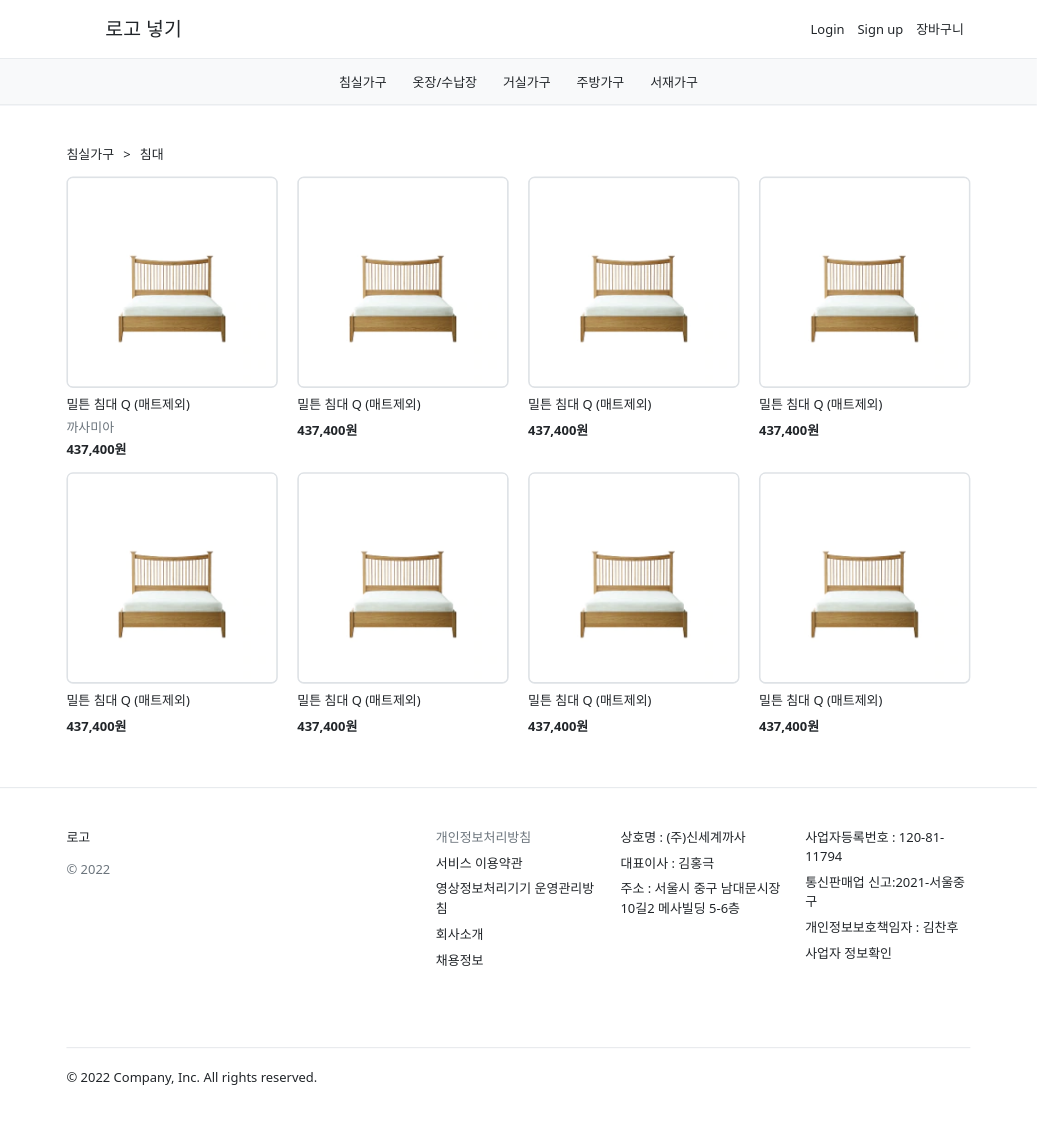
Repository: raoniee/Elice-House-Project
Page: FE/views/pages/item-list/item-list-page.html
The author's editor kept a copy of each file at every save. The page is drawn from the files as they stood at one save, then again after the next save.
The browser window is 1280 px wide. The pictures show the whole page, at 81% of full size.

Above is the page before, as saved 2023-07-06 16:44:47.

### FE/views/pages/item-list/item-list-page.html
<!DOCTYPE html>
<html lang="ko">
  <head>
    <meta charset="UTF-8" />
    <meta http-equiv="X-UA-Compatible" content="IE=edge" />
    <meta name="viewport" content="width=device-width, initial-scale=1.0" />
    <title>Elice-House/item-list</title>
    <link
      href="https://cdn.jsdelivr.net/npm/bootstrap@5.2.3/dist/css/bootstrap.min.css"
      rel="stylesheet"
      integrity="sha384-rbsA2VBKQhggwzxH7pPCaAqO46MgnOM80zW1RWuH61DGLwZJEdK2Kadq2F9CUG65"
      crossorigin="anonymous"
    />
    <!-- item-list.module.js -->
    <script src="./item-list-page.js" type="module" defer></script>
    <style>
      /* * {
        outline: 1px solid #363;
      } */
    </style>
  </head>
  <body>
    <header class="header">
      <!-- header template로 삽입 -->
    </header>

    <main>
      <div class="container my-5">
        <div
          class="menu_bar d-flex justify-content-between"
          style="width: 120px"
        >
          <!-- menu_bar template로 삽입 -->
        </div>

        <div class="item_list">
          <div class="row row-cols-4">
            <div class="col">
              <div
                class="item_list_card d-flex flex-column"
                style="cursor: pointer"
              >
                <img
                  class="item_list_img mb-2 border border-2 rounded-3"
                  src="../../../public/assets/imgs/item-list-card.webp"
                  alt="가구"
                />
                <span class="item_list_name mb-1">밀튼 침대 Q (매트제외)</span>
                <p class="item_list_brand mb-1 text-muted">까사미아</p>
                <p class="item_list_price mb-3 fw-bold">437,400원</p>
              </div>
            </div>
            <div class="col">
              <div class="item_list_card d-flex flex-column">
                <img
                  class="mb-2 border border-2 rounded-3"
                  src="../../../public/assets/imgs/item-list-card.webp"
                  alt=""
                />
                <span class="item_list_name mb-2">밀튼 침대 Q (매트제외)</span>
                <p class="item_list_price mb-3 fw-bold">437,400원</p>
              </div>
            </div>
            <div class="col">
              <div class="item_list_card d-flex flex-column">
                <img
                  class="mb-2 border border-2 rounded-3"
                  src="../../../public/assets/imgs/item-list-card.webp"
                  alt=""
                />
                <span class="item_list_name mb-2">밀튼 침대 Q (매트제외)</span>
                <p class="item_list_price mb-3 fw-bold">437,400원</p>
              </div>
            </div>
            <div class="col">
              <div class="item_list_card d-flex flex-column">
                <img
                  class="mb-2 border border-2 rounded-3"
                  src="../../../public/assets/imgs/item-list-card.webp"
                  alt=""
                />
                <span class="item_list_name mb-2">밀튼 침대 Q (매트제외)</span>
                <p class="item_list_price mb-3 fw-bold">437,400원</p>
              </div>
            </div>
          </div>
          <div class="row row-cols-4">
            <div class="col">
              <div class="item_list_card d-flex flex-column">
                <img
                  class="mb-2 border border-2 rounded-3"
                  src="../../../public/assets/imgs/item-list-card.webp"
                  alt=""
                />
                <span class="item_list_name mb-2">밀튼 침대 Q (매트제외)</span>
                <p class="item_list_price mb-3 fw-bold">437,400원</p>
              </div>
            </div>
            <div class="col">
              <div class="item_list_card d-flex flex-column">
                <img
                  class="mb-2 border border-2 rounded-3"
                  src="../../../public/assets/imgs/item-list-card.webp"
                  alt=""
                />
                <span class="item_list_name mb-2">밀튼 침대 Q (매트제외)</span>
                <p class="item_list_price mb-3 fw-bold">437,400원</p>
              </div>
            </div>
            <div class="col">
              <div class="item_list_card d-flex flex-column">
                <img
                  class="mb-2 border border-2 rounded-3"
                  src="../../../public/assets/imgs/item-list-card.webp"
                  alt=""
                />
                <span class="item_list_name mb-2">밀튼 침대 Q (매트제외)</span>
                <p class="item_list_price mb-3 fw-bold">437,400원</p>
              </div>
            </div>
            <div class="col">
              <div class="item_list_card d-flex flex-column">
                <img
                  class="mb-2 border border-2 rounded-3"
                  src="../../../public/assets/imgs/item-list-card.webp"
                  alt=""
                />
                <span class="item_list_name mb-2">밀튼 침대 Q (매트제외)</span>
                <p class="item_list_price mb-3 fw-bold">437,400원</p>
              </div>
            </div>
          </div>
          <!-- item_list_card template로 삽입 -->
        </div>
      </div>
    </main>

    <footer class="footer">
      <!-- footer template로 삽입 -->
    </footer>

    <script
      src="https://cdn.jsdelivr.net/npm/bootstrap@5.2.3/dist/js/bootstrap.bundle.min.js"
      integrity="sha384-kenU1KFdBIe4zVF0s0G1M5b4hcpxyD9F7jL+jjXkk+Q2h455rYXK/7HAuoJl+0I4"
      crossorigin="anonymous"
    ></script>
  </body>
</html>

### FE/views/pages/item-list/item-list-page.js
import { drawHeader } from "../../components/header/header.js";
import { drawFooter } from "../../components/footer/footer.js";
import { drawMenubar } from "../../components/menu-bar/menu-bar.js";

// Header, Footer 템플릿 삽입
drawHeader();
drawFooter();

// Menubar 템플릿 삽입
drawMenubar();

### FE/views/components/header/header.js
export const drawHeader = () => {
  let headerTemplate = `
  <div class="py-3 border-bottom">
      <div class="container d-flex flex-wrap justify-content-center">
        <a
          href="/"
          class="d-flex align-items-center mb-3 mb-lg-0 me-lg-auto text-dark text-decoration-none"
        >
          <svg class="bi me-2" width="40" height="32">
            <use xlink:href="#bootstrap" />
          </svg>
          <span class="fs-4">로고 넣기</span>
        </a>
        <ul class="nav">
          <li class="nav-item">
            <a href="" class="nav-link link-dark px-2">Login</a>
          </li>
          <li class="nav-item">
            <a href="" class="nav-link link-dark px-2">Sign up</a>
          </li>
          <li class="nav-item">
            <a href="" class="nav-link link-dark px-2">장바구니</a>
          </li>
        </ul>
      </div>
    </div>
    <nav class="py-2 bg-light border-bottom">
      <div class="container">
        <ul class="nav justify-content-center nav-pills">
          <li class="nav-item">
            <div class="dropdown text-end">
              <a
                href="#"
                class="d-block link-dark text-decoration-none nav-link"
                data-bs-toggle="dropdown"
                aria-expanded="false"
                >침실가구
              </a>
              <ul class="dropdown-menu text-small">
                <li><a class="dropdown-item" href="#">침대</a></li>
                <li><a class="dropdown-item" href="#">매트리스/토퍼</a></li>
                <li><a class="dropdown-item" href="#">화장대/콘솔/거울</a></li>
                <li><a class="dropdown-item" href="#">서랍장/협탁</a></li>
              </ul>
            </div>
          </li>
          <li class="nav-item">
            <div class="dropdown text-end">
              <a
                href="#"
                class="d-block link-dark text-decoration-none nav-link"
                data-bs-toggle="dropdown"
                aria-expanded="false"
                >옷장/수납장
              </a>
              <ul class="dropdown-menu text-small">
                <li><a class="dropdown-item" href="#">옷장/붙박이장</a></li>
                <li><a class="dropdown-item" href="#">드레스룸/행거</a></li>
              </ul>
            </div>
          </li>
          <li class="nav-item">
            <div class="dropdown text-end">
              <a
                href="#"
                class="d-block link-dark text-decoration-none nav-link"
                data-bs-toggle="dropdown"
                aria-expanded="false"
                >거실가구
              </a>
              <ul class="dropdown-menu text-small">
                <li><a class="dropdown-item" href="#">소파</a></li>
                <li><a class="dropdown-item" href="#">거실테이블</a></li>
                <li><a class="dropdown-item" href="#">거실장</a></li>
              </ul>
            </div>
          </li>
          <li class="nav-item">
            <div class="dropdown text-end">
              <a
                href="#"
                class="d-block link-dark text-decoration-none nav-link"
                data-bs-toggle="dropdown"
                aria-expanded="false"
                >주방가구
              </a>
              <ul class="dropdown-menu text-small">
                <li><a class="dropdown-item" href="#">식탁/테이블</a></li>
                <li><a class="dropdown-item" href="#">홈바/아일랜드식탁</a></li>
                <li><a class="dropdown-item" href="#">식탁세트</a></li>
              </ul>
            </div>
          </li>
          <li class="nav-item">
            <div class="dropdown text-end">
              <a
                href="#"
                class="d-block link-dark text-decoration-none nav-link"
                data-bs-toggle="dropdown"
                aria-expanded="false"
                >서재가구
              </a>
              <ul class="dropdown-menu text-small">
                <li><a class="dropdown-item" href="#">책상/책장/ACC</a></li>
                <li><a class="dropdown-item" href="#">서재의자</a></li>
              </ul>
            </div>
          </li>
        </ul>
      </div>
    </nav>
    `;
  // .header 부분에 삽입
  const headerTag = document.querySelector(".header");
  headerTag.innerHTML = headerTemplate;
};

### FE/views/components/footer/footer.js
export const drawFooter = () => {
  let footerTemplate = `        <div class="border-top">
        <div class="container">
      <div class="row py-5">
        <div class="col mb-3">
          <a
            href="/"
            class="d-flex align-items-center mb-3 link-dark text-decoration-none"
          >
            로고
          </a>
          <p class="text-muted">&copy; 2022</p>
        </div>

        <div class="col mb-3"></div>

        <div class="col mb-3">
          <ul class="nav flex-column">
            <li class="nav-item mb-2 text-muted">개인정보처리방침</li>
            <li class="nav-item mb-2">서비스 이용약관</li>
            <li class="nav-item mb-2">영상정보처리기기 운영관리방침</li>
            <li class="nav-item mb-2">회사소개</li>
            <li class="nav-item mb-2">채용정보</li>
          </ul>
        </div>

        <div class="col mb-3">
          <ul class="nav flex-column">
            <li class="nav-item mb-2">상호명 : (주)신세계까사</li>
            <li class="nav-item mb-2">대표이사 : 김홍극</li>
            <li class="nav-item mb-2">
              주소 : 서울시 중구 남대문시장10길2 메사빌딩 5-6층
            </li>
          </ul>
        </div>

        <div class="col mb-3">
          <ul class="nav flex-column">
            <li class="nav-item mb-2">사업자등록번호 : 120-81-11794</li>
            <li class="nav-item mb-2">통신판매업 신고:2021-서울중구</li>
            <li class="nav-item mb-2">개인정보보호책임자 : 김찬후</li>
            <li class="nav-item mb-2">사업자 정보확인</li>
          </ul>
        </div>
      </div>
      <div
        class="d-flex flex-column flex-sm-row justify-content-between py-4 my-4 border-top"
      >
        <p>&copy; 2022 Company, Inc. All rights reserved.</p>
        <ul class="list-unstyled d-flex">
          <li class="ms-3">
            <a class="link-dark" href="#"
              ><svg class="bi" width="24" height="24">
                <use xlink:href="#twitter" /></svg
            ></a>
          </li>
          <li class="ms-3">
            <a class="link-dark" href="#"
              ><svg class="bi" width="24" height="24">
                <use xlink:href="#instagram" /></svg
            ></a>
          </li>
          <li class="ms-3">
            <a class="link-dark" href="#"
              ><svg class="bi" width="24" height="24">
                <use xlink:href="#facebook" /></svg
            ></a>
          </li>
        </ul>
      </div>
    </div>

        </div>`;
  // .footer 부분에 삽입
  const footerTag = document.querySelector(".footer");
  footerTag.innerHTML = footerTemplate;
};

### FE/views/components/menu-bar/menu-bar.js
export const drawMenubar = () => {
  let menubarTemplate = `<p class="menu-depth1">침실가구</p>
    <p class="arrow">></p>
    <p class="menu-depth2">침대</p>`;
  // .menu_bar 부분에 삽입
  const menu_barTag = document.querySelector(".menu_bar");
  menu_barTag.innerHTML = menubarTemplate;
};

After the next save:
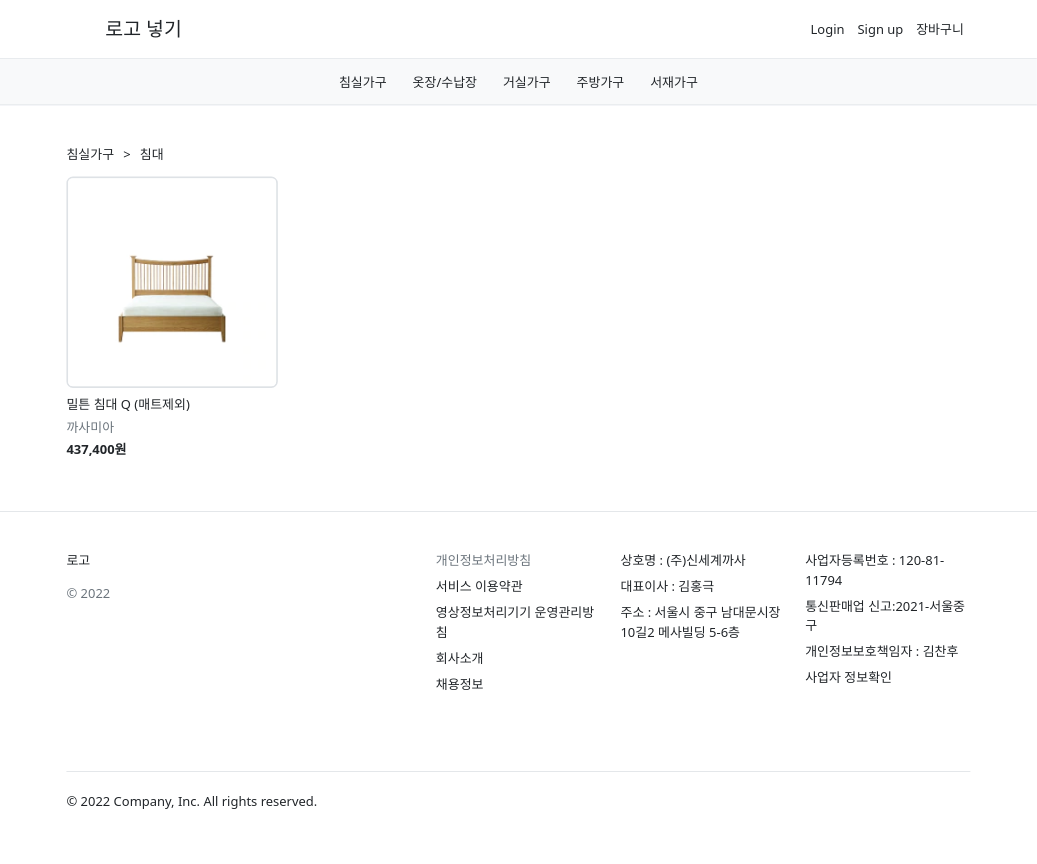
Saved 64 s later.
--- a/FE/views/pages/item-list/item-list-page.html
+++ b/FE/views/pages/item-list/item-list-page.html
@@ -21,7 +21,7 @@
   </head>
   <body>
     <header class="header">
-      <!-- header template로 삽입 -->
+      <!-- headertemplate로 삽입 -->
     </header>
 
     <main>
@@ -30,7 +30,7 @@
           class="menu_bar d-flex justify-content-between"
           style="width: 120px"
         >
-          <!-- menu_bar template로 삽입 -->
+          <!-- menubarTemplate 삽입 -->
         </div>
 
         <div class="item_list">
@@ -50,93 +50,15 @@
                 <p class="item_list_price mb-3 fw-bold">437,400원</p>
               </div>
             </div>
-            <div class="col">
-              <div class="item_list_card d-flex flex-column">
-                <img
-                  class="mb-2 border border-2 rounded-3"
-                  src="../../../public/assets/imgs/item-list-card.webp"
-                  alt=""
-                />
-                <span class="item_list_name mb-2">밀튼 침대 Q (매트제외)</span>
-                <p class="item_list_price mb-3 fw-bold">437,400원</p>
-              </div>
-            </div>
-            <div class="col">
-              <div class="item_list_card d-flex flex-column">
-                <img
-                  class="mb-2 border border-2 rounded-3"
-                  src="../../../public/assets/imgs/item-list-card.webp"
-                  alt=""
-                />
-                <span class="item_list_name mb-2">밀튼 침대 Q (매트제외)</span>
-                <p class="item_list_price mb-3 fw-bold">437,400원</p>
-              </div>
-            </div>
-            <div class="col">
-              <div class="item_list_card d-flex flex-column">
-                <img
-                  class="mb-2 border border-2 rounded-3"
-                  src="../../../public/assets/imgs/item-list-card.webp"
-                  alt=""
-                />
-                <span class="item_list_name mb-2">밀튼 침대 Q (매트제외)</span>
-                <p class="item_list_price mb-3 fw-bold">437,400원</p>
-              </div>
-            </div>
           </div>
-          <div class="row row-cols-4">
-            <div class="col">
-              <div class="item_list_card d-flex flex-column">
-                <img
-                  class="mb-2 border border-2 rounded-3"
-                  src="../../../public/assets/imgs/item-list-card.webp"
-                  alt=""
-                />
-                <span class="item_list_name mb-2">밀튼 침대 Q (매트제외)</span>
-                <p class="item_list_price mb-3 fw-bold">437,400원</p>
-              </div>
-            </div>
-            <div class="col">
-              <div class="item_list_card d-flex flex-column">
-                <img
-                  class="mb-2 border border-2 rounded-3"
-                  src="../../../public/assets/imgs/item-list-card.webp"
-                  alt=""
-                />
-                <span class="item_list_name mb-2">밀튼 침대 Q (매트제외)</span>
-                <p class="item_list_price mb-3 fw-bold">437,400원</p>
-              </div>
-            </div>
-            <div class="col">
-              <div class="item_list_card d-flex flex-column">
-                <img
-                  class="mb-2 border border-2 rounded-3"
-                  src="../../../public/assets/imgs/item-list-card.webp"
-                  alt=""
-                />
-                <span class="item_list_name mb-2">밀튼 침대 Q (매트제외)</span>
-                <p class="item_list_price mb-3 fw-bold">437,400원</p>
-              </div>
-            </div>
-            <div class="col">
-              <div class="item_list_card d-flex flex-column">
-                <img
-                  class="mb-2 border border-2 rounded-3"
-                  src="../../../public/assets/imgs/item-list-card.webp"
-                  alt=""
-                />
-                <span class="item_list_name mb-2">밀튼 침대 Q (매트제외)</span>
-                <p class="item_list_price mb-3 fw-bold">437,400원</p>
-              </div>
-            </div>
-          </div>
+
           <!-- item_list_card template로 삽입 -->
         </div>
       </div>
     </main>
 
     <footer class="footer">
-      <!-- footer template로 삽입 -->
+      <!-- footertemplate로 삽입 -->
     </footer>
 
     <script
